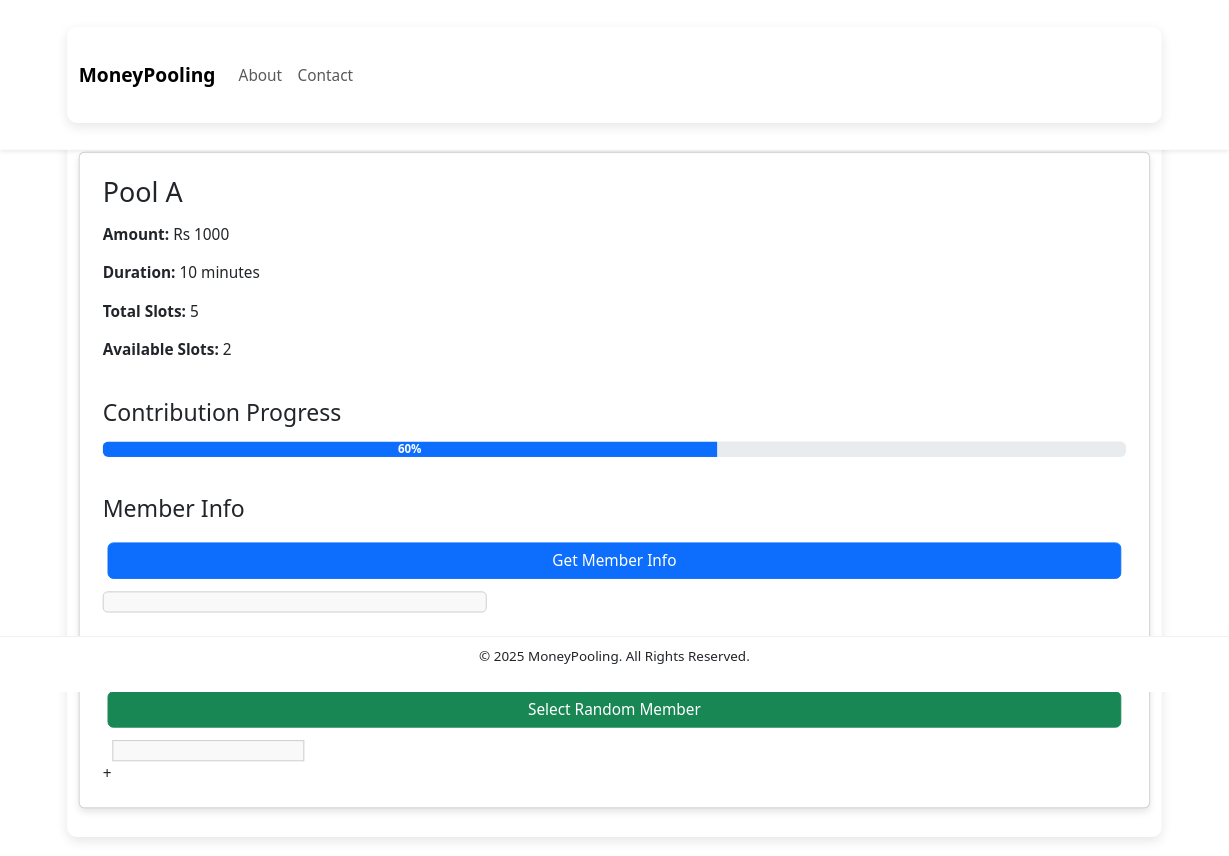
Repository: xxgautm420/MoneyPool
Page: http://localhost/progress
The author's editor kept a copy of each file at every save. The page is drawn from the files as they stood at one save, then again after the next save.
The browser window is 1280 px wide. The pictures show the whole page, at 96% of full size.
The page is served by the project's application, run on Flask 3 (app.py). Other server files are loaded and not shown.

Above is the page before, as saved 2025-03-02 13:03:53.

### templates/progress.html
<!DOCTYPE html>
<html lang="en">
<head>
    <meta charset="UTF-8">
    <meta name="viewport" content="width=device-width, initial-scale=1.0">
    <title>Money Pooling</title>

    <!-- External Stylesheets -->
    <link rel="stylesheet" href="{{ url_for('static', filename='Css/progress.css') }}">
    <link href="https://cdn.jsdelivr.net/npm/bootstrap@5.3.0-alpha1/dist/css/bootstrap.min.css" rel="stylesheet">
</head>
<body>

    <!-- Navbar -->
    <nav class="navbar navbar-expand-lg navbar-light bg-white fixed-top shadow-sm">
        <div class="container">
            <a class="navbar-brand fw-bold" href="#">MoneyPooling</a>
            <div class="collapse navbar-collapse">
                <ul class="navbar-nav me-auto mb-2 mb-lg-0">
                    <li class="nav-item">
                        <a class="nav-link" href="#">About</a>
                    </li>
                    <li class="nav-item">
                        <a class="nav-link" href="#">Contact</a>
                    </li>
                </ul>
            </div>
        </div>
    </nav>

    <!-- Main Content -->
    <!-- Pool Details Section -->
    <div class="container mt-5 pt-5">
        <h2 class="text-center mb-4">Pool Details</h2>
        <div class="card p-4">
            <h3 id="poolName">Pool A</h3>
            <p><strong>Amount:</strong> Rs <span id="poolAmount">1000</span></p>
            <p><strong>Duration:</strong> 10 minutes</p>
            <p><strong>Total Slots:</strong> 5</p>
            <p><strong>Available Slots:</strong> <span id="availableSlots">2</span></p>

            <!-- Contribution Progress -->
            <h4 class="mt-4">Contribution Progress</h4>
            <div class="progress mb-3">
                <div id="progressBar" class="progress-bar" role="progressbar" style="width: 60%">60%</div>
            </div>

            <!-- Member Info Section -->
            <h4 class="mt-4">Member Info</h4>
            <button id="memberInfoButton" class="btn btn-primary" onclick="fetchUsername(1)">Get Member Info</button>
            <div id="usernamePlaceholder" class="username-placeholder mt-2"></div> <!-- Placeholder for username -->


            <h4 class="mt-4">Randomly Selected Member</h4>
            <button id="randomSelectButton" class="btn btn-success">Select Random Member</button>
            <div id="selectedMemberPlaceholder" class="selected-member-placeholder mt-2"></div> <!-- Placeholder for selected username -->+
            </div>



        </div>




    <!-- Footer -->
    <footer class="footer">
        <p>&copy; 2025 MoneyPooling. All Rights Reserved.</p>
    </footer>

    <!-- External JavaScript -->
    <script src="{{ url_for('static', filename='Script/progress.js') }}"></script>
</body>
</html>

### app.py
from flask import Flask, render_template , jsonify
from user import User, db
from config import Config
from auth import auth_bp

app = Flask(__name__)
app.config.from_object(Config)
db.init_app(app)

app.register_blueprint(auth_bp)

@app.route('/')
def home():
    return render_template('index.html')

@app.route('/progress')
def progress():
    return render_template('progress.html')

@app.route('/api/users/top5', methods=['GET'])
def get_top5_users():
    users = User.query.limit(5).all()
    return jsonify([user.username for user in users])

if __name__ == '__main__':
    app.run(debug=True)

### static/Css/progress.css
body {
    font-family: Arial, sans-serif;
    text-align: center;
    margin: 0;
    background-color: white;
    display: flex;
    flex-direction: column;
    justify-content: center; /* Center items vertically */
    align-items: center; /* Center items horizontally */
    min-height: 100vh; /* Ensure the body takes at least the full height of the viewport */
}

/* Navbar */
.navbar {
    box-shadow: 0px 2px 5px rgba(0, 0, 0, 0.1);
    width: 100%; /* Ensure the navbar spans the full width */
}

/* Main Container */
/* Pool Details Section */
.container {
    width: 80%;
    max-width: 600px;
    margin: 20px auto;
    padding: 30px;
    background-color: #fff;
    border-radius: 10px;
    box-shadow: 0 4px 12px rgba(0, 0, 0, 0.1);
    flex: 1; /* Allow the container to grow and take available space */
    overflow-y: auto; /* Enable vertical scrolling if content exceeds height */
}

.card {
    padding: 20px;
    border: 1px solid #dee2e6;
    border-radius: 10px;
    background-color: #ffffff;
    box-shadow: 0 4px 8px rgba(0, 0, 0, 0.1);
}

.card h3, .card h4 {
    margin-bottom: 15px;
}

.progress {
    height: 25px;
}

.progress-bar {
    background-color: #28a745; /* Green background for progress bar */
    color: white;
    font-weight: bold;
    line-height: 25px; /* Vertically center the text within the progress bar */
}

.list-group-item {
    padding: 10px;
    border: 1px solid #dee2e6;
    margin-bottom: 5px;
}

.btn {
    margin: 5px;
    padding: 10px 20px;
    font-size: 16px;
    border-radius: 5px;
    border: none;
}

.btn-success {
    background-color: #28a745;
    color: white;
}

.btn-success:hover {
    background-color: #218838;
}

.mt-4 {
    margin-top: 1.5rem;
}

.mt-5 {
    margin-top: 3rem;
}

.mb-3 {
    margin-bottom: 1rem;
}

.mb-4 {
    margin-bottom: 1.5rem;
}

.text-center {
    text-align: center;
}

/* Footer */
footer {
    width: 100%;
    background-color: white;
    text-align: center;
    padding: 10px;
    font-size: 14px;
    border-top: 1px solid #dee2e6;
    position: fixed; /* Fixed position to stick to the bottom */
    bottom: 0; /* Align to the bottom of the viewport */
    left: 0; /* Ensure it spans the entire width */
    z-index: 1000; /* Ensure it's on top of other elements */
}

.username-placeholder {
    padding: 10px;
    border: 1px solid #ccc;
    border-radius: 5px;
    background-color: #f9f9f9;
    max-width: 400px;
    margin: 10px 0;
}

.username-item {
    padding: 5px;
    border-bottom: 1px solid #ddd;
    font-family: Arial, sans-serif;
    font-size: 14px;
}

.username-item:last-child {
    border-bottom: none;
}

.selected-member-placeholder {
    display: inline-block;
    margin-left: 10px; /* Adjust the space between the button and the placeholder */
    padding: 10px;
    border: 1px solid #ccc;
    background-color: #f9f9f9;
    width: 200px; /* Adjust the width as needed */
    vertical-align: middle; /* Aligns vertically with the button */
}

.member-section {
    display: flex;
    align-items: center; /* Aligns items vertically centered within the container */
    justify-content: center; /* Aligns items horizontally centered within the container */
    margin-top: 20px;
}

### static/Script/progress.js
document.addEventListener("DOMContentLoaded", () => {
    const memberInfoButton = document.getElementById("memberInfoButton");
    const usernamePlaceholder = document.getElementById("usernamePlaceholder");
    const randomSelectButton = document.getElementById("randomSelectButton");
    const selectedMemberPlaceholder = document.getElementById("selectedMemberPlaceholder");

    let usernames = [];
    let selectedUsernames = new Set();

    // Fetch and display top 5 users
    memberInfoButton.addEventListener("click", () => {
        fetch('/api/users/top5')
            .then(response => response.json())
            .then(data => {
                usernames = data;
                usernamePlaceholder.innerHTML = usernames.map(user => `<div class="username-item">${user}</div>`).join('');
            })
            .catch(error => {
                console.error('Error fetching user data:', error);
                usernamePlaceholder.innerHTML = 'An error occurred';
            });
    });

    // Randomly select and display a member
    randomSelectButton.addEventListener("click", () => {
        if (selectedUsernames.size >= usernames.length) {
            selectedMemberPlaceholder.innerHTML = 'All members have been selected.';
            return;
        }

        let remainingUsers = usernames.filter(user => !selectedUsernames.has(user));
        let randomIndex = Math.floor(Math.random() * remainingUsers.length);
        let selectedUser = remainingUsers[randomIndex];

        selectedUsernames.add(selectedUser);

        selectedMemberPlaceholder.innerHTML = `Selected Member: ${selectedUser}`;

        setTimeout(() => {
            randomSelectButton.click();
        }, 5000);
    });
});

After the next save:
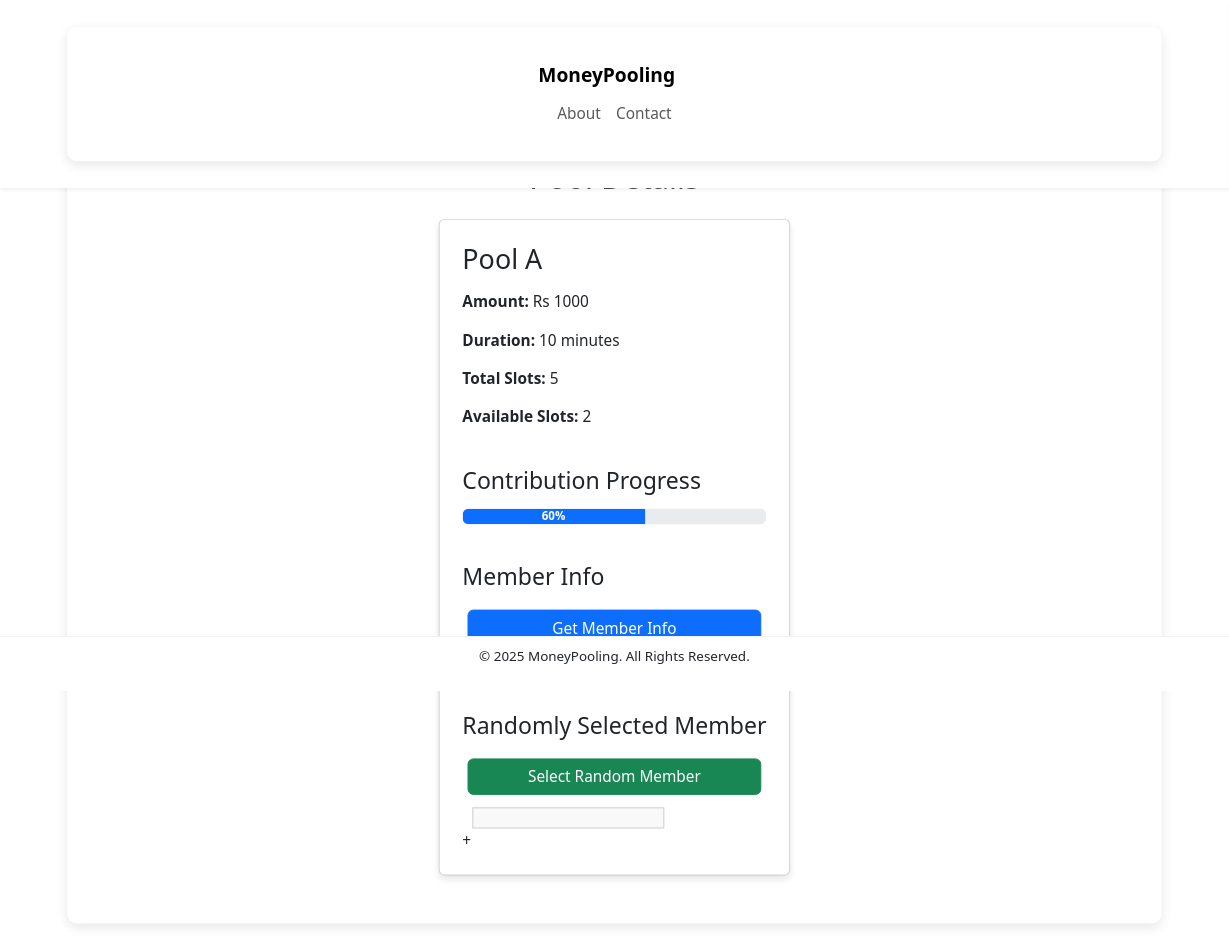
Saved 3 min 11 s later.
--- a/static/Css/progress.css
+++ b/static/Css/progress.css
@@ -8,6 +8,7 @@ body {
     justify-content: center; /* Center items vertically */
     align-items: center; /* Center items horizontally */
     min-height: 100vh; /* Ensure the body takes at least the full height of the viewport */
+    padding-top: 70px; /* Space for fixed navbar */
 }
 
 /* Navbar */
@@ -17,7 +18,6 @@ body {
 }
 
 /* Main Container */
-/* Pool Details Section */
 .container {
     width: 80%;
     max-width: 600px;
@@ -28,6 +28,17 @@ body {
     box-shadow: 0 4px 12px rgba(0, 0, 0, 0.1);
     flex: 1; /* Allow the container to grow and take available space */
     overflow-y: auto; /* Enable vertical scrolling if content exceeds height */
+    display: flex;
+    flex-direction: column; /* Stack the elements vertically */
+    align-items: center; /* Center items horizontally */
+}
+
+/* Member Section */
+.member-section {
+    display: flex;
+    align-items: center; /* Align items vertically centered within the container */
+    justify-content: center; /* Align items horizontally centered within the container */
+    margin-top: 20px;
 }
 
 .card {
@@ -36,6 +47,7 @@ body {
     border-radius: 10px;
     background-color: #ffffff;
     box-shadow: 0 4px 8px rgba(0, 0, 0, 0.1);
+    margin-bottom: 20px; /* Add spacing between cards */
 }
 
 .card h3, .card h4 {
@@ -139,10 +151,3 @@ footer {
     width: 200px; /* Adjust the width as needed */
     vertical-align: middle; /* Aligns vertically with the button */
 }
-
-.member-section {
-    display: flex;
-    align-items: center; /* Aligns items vertically centered within the container */
-    justify-content: center; /* Aligns items horizontally centered within the container */
-    margin-top: 20px;
-}
